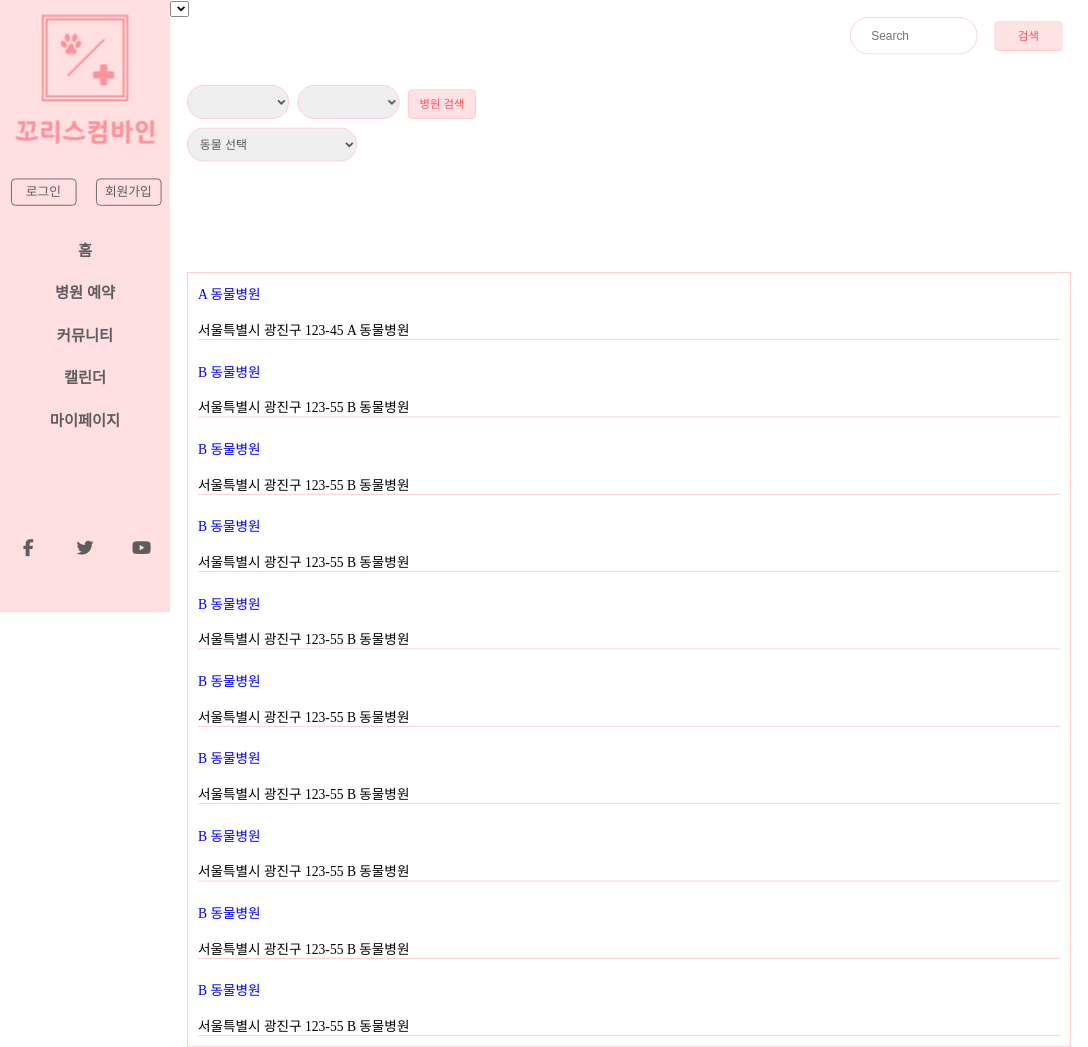
Repository: dodnam/kkoris
Page: http://localhost/1_kkoris/reservation1.jsp
These files come from the project's save history. The page is drawn as it stood at one moment and after the next save; the edit follows.
The browser window is 1280 px wide. The pictures show the whole page, at 85% of full size.
Some web libraries are served in a nearby version. The page is served by Tomcat 9.

Above is the page before, as saved 2020-02-17 01:50:20.
Console error: TypeError: Cannot read properties of undefined (reading 'options')

### 1_kkoris/WebContent/reservation1.jsp
<%@ page language="java" contentType="text/html; charset=UTF-8"
    pageEncoding="UTF-8"%>
<!DOCTYPE html>
<html>
<head>
<meta charset="UTF-8">
<title>Insert title here</title>
<link rel="stylesheet" type="text/css" href="<%= request.getContextPath() %>/css/index.css"/>
<style>
	.search_input{width: 150px; padding: 12px 24px; font-size: 14px; line-height: 18px; color: #575756; background-size: 18px 18px; border-radius: 50px; backface-visibility: hidden; border: 1px solid #ffc6c9;position: fixed; right:130px; top: 20px; outline:none;}
   .search_box1{line-height: 30px; text-align: center; background-color: #ffe3e4; color:#ff4e59;border: 1px solid #fcc6c9; border-radius: 5px; width: 80px; height: 35px;  position: fixed;right: 30px; top: 25px; outline:none;}
   	#city{width: 120px; padding: 10px; font-size: 14px; line-height: 18px; color: #575756;background-size: 18px 10px; border-radius: 50px; border: 1px solid #ffc6c9;position: fixed; top: 100px; left:220px; outline:none;}
   	#gugun{width: 120px; padding: 10px; font-size: 14px; line-height: 18px; color: #575756;background-size: 18px 10px; border-radius: 50px; border: 1px solid #ffc6c9;position: fixed; top: 100px; left: 350px; outline:none;}
   	.search_box2{line-height: 30px; text-align: center; background-color: #ffe3e4; color:#ff4e59;border: 1px solid #fcc6c9; border-radius: 5px; width: 80px; height: 35px;  position: fixed;left: 480px; top: 105px; outline:none;}
   	.search_animal{width: 200px; padding: 10px; font-size: 14px; line-height: 18px; color: #575756;background-size: 18px 10px; border-radius: 50px; border: 1px solid #ffc6c9;position: fixed; top: 150px; left:220px; outline:none;}
   	.medical_departments{width: 200px; padding: 10px; font-size: 14px; line-height: 18px; color: #575756;background-size: 18px 10px; border-radius: 50px; border: 1px solid #ffc6c9;position: fixed; top: 200px; left:220px; outline:none;}
   	.hospital_list{border:1px solid #ffc6c9; overflow: auto; left:220px; right: 20px; bottom:50px;margin-top:300px; margin-left:20px; margin-right:20px;}
   	.hospital_list>ul>li{padding:12px;}
   	.hospital_list>ul>li::after{content: ''; display:block; border-bottom: 1px solid #ffc6c9; width:100%;}
</style>
	<script type="text/javascript">

		   // 지역 선택

		   var f_selbox = ["서울특별시","인천광역시","대전광역시","광주광역시","대구광역시","울산광역시","부산광역시","경기도","강원도","충청북도","충청남도","전라북도","전라남도","경상북도","경상남도","제주도"];
		   var s_selbox = new Array();
		   s_selbox[0] = ["강남구","강동구","강북구","강서구","관악구","광진구","구로구","금천구","노원구","도봉구","동대문구","동작구","마포구","서대문구","서초구","성동구","성북구","송파구","양천구","영등포구","용산구","은평구","종로구","중구","중랑구"];
		   s_selbox[1] = ["계양구","남구","남동구","동구","부평구","서구","연수구","중구","강화군","옹진군"];
		   s_selbox[2] = ["대덕구","동구","서구","유성구","중구"];
		   s_selbox[3] = ["광산구","남구","동구",     "북구","서구"];
		   s_selbox[4] = ["남구","달서구","동구","북구","서구","수성구","중구","달성군"];
		   s_selbox[5] = ["남구","동구","북구","중구","울주군"];
		   s_selbox[6] = ["강서구","금정구","남구","동구","동래구","부산진구","북구","사상구","사하구","서구","수영구","연제구","영도구","중구","해운대구","기장군"];
		   s_selbox[7] = ["고양시","과천시","광명시","광주시","구리시","군포시","김포시","남양주시","동두천시","부천시","성남시","수원시","시흥시","안산시","안성시","안양시","양주시","오산시","용인시","의왕시","의정부시","이천시","파주시","평택시","포천시","하남시","화성시","가평군","양평군","여주군","연천군"];
		   s_selbox[8] = ["강릉시","동해시","삼척시","속초시","원주시","춘천시","태백시","고성군","양구군","양양군","영월군","인제군","정선군","철원군","평창군","홍천군","화천군","횡성군"];
		   s_selbox[9]= ["제천시","청주시","충주시","괴산군","단양군","보은군","영동군","옥천군","음성군","증평군","진천군","청원군"];
		   s_selbox[10] = ["계룡시","공주시","논산시","보령시","서산시","아산시","천안시","금산군","당진군","부여군","서천군","연기군","예산군","청양군","태안군","홍성군"];
		   s_selbox[11] = ["군산시","김제시","남원시","익산시","전주시","정읍시","고창군","무주군","부안군","순창군","완주군","임실군","장수군","진안군"];
		   s_selbox[12] = ["광양시","나주시","목포시","순천시","여수시","강진군","고흥군","곡성군","구례군","담양군","무안군","보성군","신안군","영광군","영암군","완도군","장성군","장흥군","진도군","함평군","해남군","화순군"];
		   s_selbox[13] = ["경산시","경주시","구미시","김천시","문경시","상주시","안동시","영주시","영천시","포항시","고령군","군위군","봉화군","성주군","영덕군","영양군","예천군","울릉군","울진군","의성군","청도군","청송군","칠곡군"];
		   s_selbox[14] = ["거제시","김해시","마산시","밀양시","사천시","양산시","진주시","진해시","창원시","통영시","거창군","고성군","남해군","산청군","의령군","창녕군","하동군","함안군","함양군","합천군"];
		   s_selbox[15] = ["서귀포시","제주시","남제주군","북제주군"];

 		function init(f){
 			var f_sel = f.first;
 			var s_sel = f.second;

 			f_sel.options[0] = new Option(":: 시/도 ::", "");
 			s_sel.options[0] = new Option(":: 구/군 ::", "");

 			for(var i = 0; i < f_selbox.length; i++){
 				f_sel.options[i+1] = new Option(f_selbox[i], f_selbox[i]);
 			}
 		}
 		function initChange(f){
 			var f_sel = f.first;
 			var s_sel = f.second;

 			var sel = f_sel.selectedIndex;
 			for(var i = s_sel.length; i >= 0; i--){
 				s_sel.options[i] = null;
 			}

 			s_sel.options[0] = new Option(":: 시/도 ::", "");

 			if(sel != 0){
 				for(var i = 0; i < s_selbox[sel-1].length; i++){
 					s_sel.options[i+1] = new Option(s_selbox[sel-1][i], s_selbox[sel-1][i]);
 				}
 			}
 		}

 		// 진료 과목 선택
 		var f_medi = ["건강검진","혈액검사","안과검진","예방접종","치과","피부과","키트검사","내시경","초음파","중성화 수술","기타"];
 		var s_medi = new Array();
 		s_medi[0] = ["기초 종합검진","복합 종합검진"];
 		s_medi[1] = ["기초 혈액검사"];
 		s_medi[2] = ["기초 안과검진"];
 		s_medi[3] = ["코로나","켄넬로프","반려견 종합백신","광견병","인플루엔자","반려묘 종합백신","항체가검사"];
 		s_medi[4] = ["스케일링","발치"];
 		s_medi[5] = ["곰팡이균 검사","알러지 검사"];
 		s_medi[6] = ["심장사상충 검사"];
 		s_medi[7] = ["위 내시경"];
 		s_medi[8] = ["초음파"];
 		s_medi[9] = ["수컷","암컷","잠복고환"];
 		s_medi[10] = ["기타"];

 		</script>

</head>
<body onload = "init(this.form);">
	<%@ include file="views/layout.jsp" %>

	<div class="container">
		<div>
			<input class="search_input" type="search" placeholder="Search">
			<button class="search_box1">검색</button>
		</div>
		<form name="form">
			<select id="city" onchange="initChange(this.form);"></select>
			<select id="gugun"></select>
		</form>
		<div >
			<button class="search_box2">병원 검색</button>
		</div>
		<div>
			<select class="search_animal">
				<option>동물 선택</option>
				<option>동물 선택</option>
				<option>동물 선택</option>
			</select>
		</div>
		<form name="mediform">
			<select id="medical_departments" onchange="mediChange(this.mediform);"></select>
		</form>
		<div class="hospital_list">
			<ul>
				<li>
					<a href="#">
						A 동물병원
					</a><br><br>
					서울특별시 광진구 123-45 A 동물병원
				</li>
				<li>
					<a href="#">
						B 동물병원
					</a><br><br>
					서울특별시 광진구 123-55 B 동물병원<br>
				</li>
				<li>
					<a href="#">
						B 동물병원
					</a><br><br>
					서울특별시 광진구 123-55 B 동물병원<br>
				</li>
				<li>
					<a href="#">
						B 동물병원
					</a><br><br>
					서울특별시 광진구 123-55 B 동물병원<br>
				</li>
				<li>
					<a href="#">
						B 동물병원
					</a><br><br>
					서울특별시 광진구 123-55 B 동물병원<br>
				</li>
				<li>
					<a href="#">
						B 동물병원
					</a><br><br>
					서울특별시 광진구 123-55 B 동물병원<br>
				</li>
				<li>
					<a href="#">
						B 동물병원
					</a><br><br>
					서울특별시 광진구 123-55 B 동물병원<br>
				</li>
				<li>
					<a href="#">
						B 동물병원
					</a><br><br>
					서울특별시 광진구 123-55 B 동물병원<br>
				</li>
				<li>
					<a href="#">
						B 동물병원
					</a><br><br>
					서울특별시 광진구 123-55 B 동물병원<br>
				</li>
				<li>
					<a href="#">
						B 동물병원
					</a><br><br>
					서울특별시 광진구 123-55 B 동물병원<br>
				</li>
			</ul>
		</div>

	</div>
</body>
</html>

### 1_kkoris/WebContent/views/layout.jsp
<%@ page language="java" contentType="text/html; charset=UTF-8"
    pageEncoding="UTF-8"%>
<!DOCTYPE html>
<html>
<head>
<meta charset="UTF-8">
<title>Insert title here</title>
<link href="https://fonts.googleapis.com/css?family=Noto+Sans+KR&display=swap" rel="stylesheet">
<script src="https://kit.fontawesome.com/18fd811fa1.js" crossorigin="anonymous"></script> <!-- sns아이콘 -->
<link rel="stylesheet" type="text/css" href="<%= request.getContextPath() %>/css/layout.css"/> <!-- 작성할 css를 연결 -->
</head>
<body>
	<header><!-- 헤더 -->
		<h1 class="logo"></h1>
		<nav>
      		<div class="login">
	        	<div><a href="#">로그인</a></div>
	        	<div><a href="#">회원가입</a></div>
	      	</div>
	      	<ul id="navigator">
	        	<li id="nav-home">
	         		<a href="#"><span>홈</span></a>
	         	</li>
	         	<li id="nav-hospital">
	         		<span>병원 예약</span>
         			<ul class="nav2-hospital" id="nav2-hospital">
         				<li><a href="#">병원 검색</a></li>
	         			<li><a href="#">예약 확인</a></li>
	         			<li><a href="#">병원 후기</a></li>
         			</ul>
	         	</li>
	         	<li id="nav-community">
	         		<span>커뮤니티</span>
         			<ul class="nav2-community" id="nav2-community">
	         			<li><a href="#">공지사항</a></li>
	         			<li><a href="#">후기 모아보기</a></li>
	         			<li><a href="#">지식 공유</a></li>
         			</ul>
	         	</li>
	         	<li id="nav-calendar">
	         		<a href="#"><span>캘린더</span></a>
	         	</li>
	         	<li id="nav-mypage">
	         		<span>마이페이지</span>
	         		<ul class="nav2-mypage" id="nav2-mypage">
		         		<li><a href="#">내 정보</a></li>
		         		<li><a href="#">예약 조회</a></li>
		         		<li><a href="#">포인트샵</a></li>
		         		<li><a href="#">내가 쓴 글 조회</a></li>
	         		</ul>
	         	</li>
	      	</ul>
		<dl>
	    	<dt class="blind">sns</dt>
	        <dd><a href="#"><i class="fab fa-facebook-f"></i></a></dd>
	        <dd><a href="#"><i class="fab fa-twitter"></i></a></dd>
	        <dd><a href="#"><i class="fab fa-youtube"></i></a></dd>
		</dl>
		</nav>
	</header>
	<footer></footer>
</body>
</html>

### 1_kkoris/WebContent/css/index.css
@charset "UTF-8";
/* 컨테이너 */
div.container{position: absolute; top:0; left:0; padding-left:200px; height:100%; width:100%; box-sizing:border-box;}
/* 섹션이 현재 1개이기 때문에 100% 2개면 200%, 3개면 300% */
/* 참고	section:nth-of-type(1) {section 중 첫번째 section에 접근} */
section.main {position:relative; height:100%; width:100%; background: url(../images/main-bg.jpg) no-repeat center center; background-size: contain;}
section.main > article.quickMenu > ul {position: absolute; top:calc(50% - 50px); left:calc(50% - 25%); width: 50%; height: 100px; display: flex;}
section.main > article.quickMenu {position: relative; width: 100%; height: 100%; background: rgba(0, 0, 0, 0.2);}
section.main > article.quickMenu > ul > li {width: 25%; height:100px;}
section.main > article.quickMenu > ul > li > a {color: #5d5d5d; display:block; font-size: 5em; text-align:center;}
section.main > article.quickMenu > ul > li > a > span {display: block; font-size: 15px;}
section.main > article.quickMenu > ul > li > a:hover {color: #fb929e;}

### 1_kkoris/WebContent/css/layout.css
@charset "UTF-8";
* {margin: 0; padding: 0;}
html, body {width: 100%;height: 100%}
table{border-collapse: collapse;}
img,fieldset{border: none;}
address,caption,cite,code,em,strong,th{font-style: normal;font-weight: normal;}
ol,ul{list-style: none;}
capthion,th{text-align: left;}
h1,h2,h3,h4,h5,h6{font-weight: normal;font-size: 100%;}
q:after,q:before{content: "";}
abbr,acronym{border:none;} /* 축약어 */
img,input,select{vertical-align: middle;}
hr{display: none;}
html,body{width: 100%;height: 100%}
a {text-decoration: none;}
header {position: fixed; width: 200px; height: 100%; background: #ffdfdf; z-index: 30;}
.blind{position: absolute;left: 0;top: 0;width: 0;height: 0;font-size: 0;line-height: 0;text-indent: -9999px;overflow: hidden;visibility: hidden;}
.displaynone{display: none;}

h1.logo {
	text-indent: -9999px; overflow: hidden; width: 180px; height: 180px;
	margin: 10px auto; /* auto는 중앙에 놓음 */
	background: url(../images/logo.png) no-repeat; background-size: contain; /*contain = h1 사이즈에 맞춤*/
}

.login {display: flex; justify-content:space-around; font-size: 15px;}
				/*블락요소로 가로 정렬 함*/
.login > div {width: 75px; height: 30px;} /* 위 아래 마진, 좌 우 마진*/
.login > div > a {display: block; width: 100%; height: 100%; line-height: 30px; text-align: center; border: 1px solid #5d5d5d; border-radius: 5px;}
.login > div > a:hover {color: #fb929e; border: none; background: #fff6f6; font-weight: 600}

/* 메뉴바 */
nav {margin-top: 20px;}
nav * {color: #5d5d5d;}
nav > ul {margin-top: 30px; text-align: center;}
nav > ul > li {width: 100%;}
nav > ul > li:hover {background: #fff6f6;}
nav > ul > li span {display:block; width: 100%; height: 100%; line-height: 50px; font-size: 18px; font-weight: 600; border-radius: 10px; cursor: pointer;}
nav > ul > li span:hover {color: #fb929e;}

nav > ul > li > ul[class^=nav2] {display: none;}
nav > ul > li > ul[class^=nav2] > li > a {display: block; line-height: 40px; font-size: 16px;}
nav > ul > li > ul[class^=nav2] > li > a:hover {color: #fb929e; font-weight: 600;}

nav > ul > li:hover > ul[class^=nav2] {display: block;}

/* sns */
nav > dl {position:absolute; bottom:50px; width:100%; height:50px; display:flex; justify-content:space-around;}
nav > dl > dd {width:50px; text-align:center;}
nav > dl > dd > a {display: block; width: 100%; height:100%; font-size:20px; line-height:50px; transition:all 0.2s ease 0s;}
nav > dl > dd > a:hover {font-size:25px;}

After the next save:
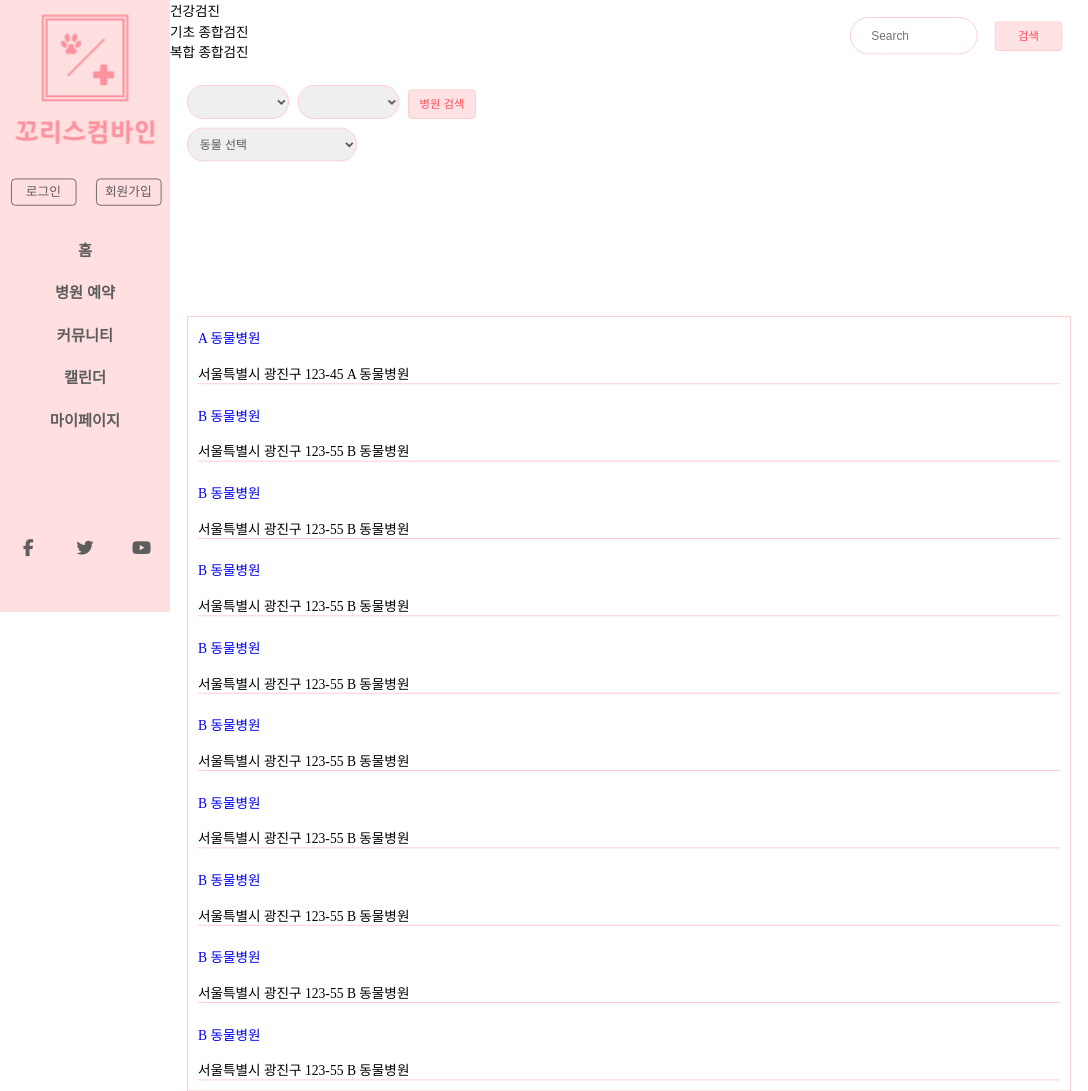
Saved 4 min 41 s later.
--- a/1_kkoris/WebContent/reservation1.jsp
+++ b/1_kkoris/WebContent/reservation1.jsp
@@ -110,9 +110,16 @@
 				<option>동물 선택</option>
 			</select>
 		</div>
-		<form name="mediform">
-			<select id="medical_departments" onchange="mediChange(this.mediform);"></select>
-		</form>
+		<div>
+			<ul>
+				<li>건강검진
+					<ul>
+						<li>기초 종합검진</li>
+						<li>복합 종합검진</li>
+					</ul>
+				</li>
+			</ul>
+		</div>
 		<div class="hospital_list">
 			<ul>
 				<li>
